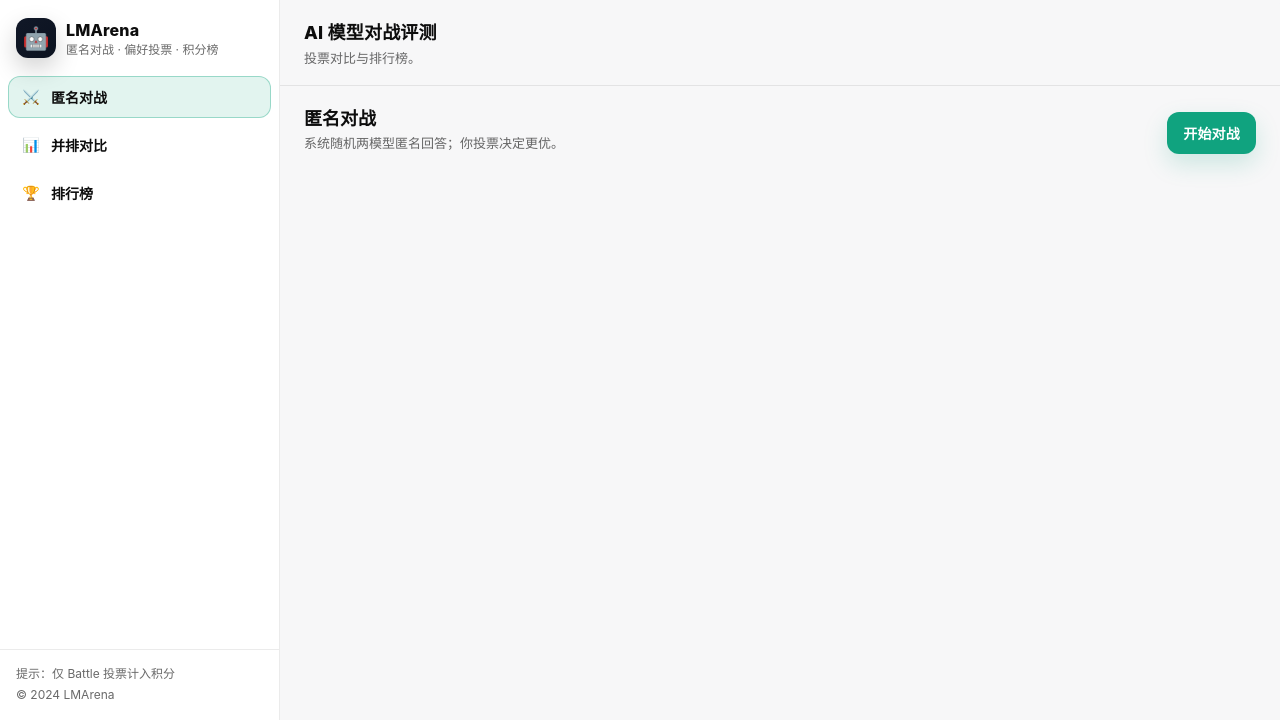
Repository: tabbycat7/EQ-of-The-LLMs
Page: templates/index.html
An editor plug-in stored every save of this project. The page is shown before and after the next save, followed by the edit.
The browser window is 1280 px wide. The pictures show the whole page.
The page's requests for data from a server got no answer.

Above is the page before, as saved 2025-12-18 16:27:41.

### templates/index.html
<!DOCTYPE html>
<html lang="zh-CN">

<head>
    <meta charset="UTF-8">
    <meta name="viewport" content="width=device-width, initial-scale=1.0">
    <title>LMArena - AI 模型对战评测平台</title>
    <link rel="stylesheet" href="/static/css/style.css">
</head>

<body>
    <div class="app-shell">
        <!-- ChatGPT 风格侧边栏 -->
        <aside class="sidebar">
            <div class="sidebar-header">
                <div class="brand">
                    <div class="brand-icon">🤖</div>
                    <div class="brand-text">
                        <div class="brand-title">LMArena</div>
                        <div class="brand-subtitle">匿名对战 · 偏好投票 · 积分榜</div>
                    </div>
                </div>
            </div>

            <nav class="sidebar-nav">
                <button class="mode-btn nav-btn active" data-mode="battle">
                    <span class="nav-icon">⚔️</span>
                    <span class="nav-label">匿名对战</span>
                </button>
                <button class="mode-btn nav-btn" data-mode="sidebyside">
                    <span class="nav-icon">📊</span>
                    <span class="nav-label">并排对比</span>
                </button>
                <button class="mode-btn nav-btn" data-mode="leaderboard">
                    <span class="nav-icon">🏆</span>
                    <span class="nav-label">排行榜</span>
                </button>
            </nav>

            <div class="sidebar-footer">
                <div class="sidebar-note">提示：仅 Battle 投票计入积分</div>
                <div class="sidebar-copy">© 2024 LMArena</div>
            </div>
        </aside>

        <!-- 主内容区 -->
        <main class="main">
            <header class="main-header">
                <div class="main-header-title">AI 模型对战评测</div>
                <div class="main-header-subtitle">投票对比与排行榜。</div>
            </header>

            <div class="main-content">
                <!-- 匿名对战模式 -->
                <section id="battle-mode" class="mode-content active">
                    <div class="mode-header">
                        <div class="mode-title">
                            <h2>匿名对战</h2>
                            <p>系统随机两模型匿名回答；你投票决定更优。</p>
                        </div>
                        <div id="battle-start">
                            <button id="start-battle-btn" class="primary-btn">开始对战</button>
                        </div>
                    </div>

                    <div id="battle-chat" class="chat-view" style="display: none;">
                        <div class="messages">
                            <div id="battle-user-msg" class="message user" style="display: none;"></div>
                        </div>

                        <div class="responses-grid">
                            <div class="response-box">
                                <div class="response-header">模型 A</div>
                                <div id="response-a" class="response-content">
                                    <div class="empty-state">等待回复...</div>
                                </div>
                            </div>
                            <div class="response-box">
                                <div class="response-header">模型 B</div>
                                <div id="response-b" class="response-content">
                                    <div class="empty-state">等待回复...</div>
                                </div>
                            </div>
                        </div>

                        <div id="voting-section" class="voting-section" style="display: none;">
                            <h3>选择更好的回答：</h3>
                            <div class="vote-buttons">
                                <button class="vote-btn battle-vote-btn" data-winner="model_a">模型 A 更好</button>
                                <button class="vote-btn battle-vote-btn" data-winner="tie">两者相当</button>
                                <button class="vote-btn battle-vote-btn" data-winner="model_b">模型 B 更好</button>
                            </div>
                        </div>

                        <div id="reveal-section" class="reveal-section" style="display: none;">
                            <div class="reveal-info">
                                <h3>模型揭晓</h3>
                                <div class="reveal-grid">
                                    <div class="reveal-item">
                                        <span class="reveal-label">模型 A</span>
                                        <span id="reveal-model-a" class="reveal-value"></span>
                                    </div>
                                    <div class="reveal-item">
                                        <span class="reveal-label">模型 B</span>
                                        <span id="reveal-model-b" class="reveal-value"></span>
                                    </div>
                                </div>
                                <button id="new-battle-btn" class="primary-btn ghost">开始新对战</button>
                            </div>
                        </div>

                        <div class="composer">
                            <div class="input-section">
                                <textarea id="battle-input" placeholder="输入你的问题..." rows="3"></textarea>
                                <button id="battle-send-btn" class="send-btn" title="发送">
                                    <svg viewBox="0 0 24 24" xmlns="http://www.w3.org/2000/svg" aria-hidden="true">
                                        <path d="M2.01 21L23 12 2.01 3 2 10l15 2-15 2z" />
                                    </svg>
                                    <span>发送</span>
                                </button>
                            </div>
                            <div class="composer-hint">Enter 发送 · Shift+Enter 换行</div>
                        </div>
                    </div>
                </section>

                <!-- 并排对比模式 -->
                <section id="sidebyside-mode" class="mode-content">
                    <div class="mode-header">
                        <div class="mode-title">
                            <h2>并排对比</h2>
                            <p>选择两个模型并排作答。此模式投票仅收集偏好，不计入排行榜积分。</p>
                        </div>
                    </div>

                    <div class="chat-view">
                        <div class="model-selection">
                            <div class="model-select-group">
                                <label>模型 A</label>
                                <select id="sidebyside-model-a" class="model-select"></select>
                            </div>
                            <div class="model-select-group">
                                <label>模型 B</label>
                                <select id="sidebyside-model-b" class="model-select"></select>
                            </div>
                        </div>

                        <div class="messages">
                            <div id="sidebyside-user-msg" class="message user" style="display: none;"></div>
                        </div>

                        <div class="responses-grid">
                            <div class="response-box">
                                <div class="response-header" id="sidebyside-header-a">模型 A</div>
                                <div id="sidebyside-response-a" class="response-content">
                                    <div class="empty-state">等待回复...</div>
                                </div>
                            </div>
                            <div class="response-box">
                                <div class="response-header" id="sidebyside-header-b">模型 B</div>
                                <div id="sidebyside-response-b" class="response-content">
                                    <div class="empty-state">等待回复...</div>
                                </div>
                            </div>
                        </div>

                        <div id="sidebyside-voting" class="voting-section" style="display: none;">
                            <h3>选择更好的回答：</h3>
                            <div class="vote-buttons">
                                <button class="vote-btn sidebyside-vote-btn" data-winner="model_a">模型 A 更好</button>
                                <button class="vote-btn sidebyside-vote-btn" data-winner="tie">两者相当</button>
                                <button class="vote-btn sidebyside-vote-btn" data-winner="model_b">模型 B 更好</button>
                            </div>
                        </div>

                        <div class="composer">
                            <div class="input-section">
                                <textarea id="sidebyside-input" placeholder="输入你的问题..." rows="3"></textarea>
                                <button id="sidebyside-send-btn" class="send-btn" title="发送">
                                    <svg viewBox="0 0 24 24" xmlns="http://www.w3.org/2000/svg" aria-hidden="true">
                                        <path d="M2.01 21L23 12 2.01 3 2 10l15 2-15 2z" />
                                    </svg>
                                    <span>发送</span>
                                </button>
                            </div>
                            <div class="composer-hint">Enter 发送 · Shift+Enter 换行</div>
                        </div>

                        <div class="new-round" id="sidebyside-new-round" style="display: none;">
                            <button id="sidebyside-new-round-btn" class="secondary-btn ghost">开启新一轮对话</button>
                        </div>
                    </div>
                </section>

                <!-- 排行榜模式 -->
                <section id="leaderboard-mode" class="mode-content">
                    <div class="mode-header">
                        <div class="mode-title">
                            <h2>排行榜</h2>
                            <p>仅基于匿名对战（Battle）投票累计积分，实时更新。</p>
                        </div>
                        <button id="refresh-leaderboard-btn" class="secondary-btn">刷新</button>
                    </div>
                    <div id="leaderboard-content" class="leaderboard-table">
                        <div class="loading">加载中...</div>
                    </div>
                </section>
            </div>
        </main>
    </div>

    <div id="toast" class="toast" aria-live="polite" aria-atomic="true"></div>

    <script src="/static/js/app.js"></script>
</body>

</html>

Loaded but not shown: static/js/app.js (931 lines, source omitted); static/css/style.css (1392 lines, source omitted)

After the next save:
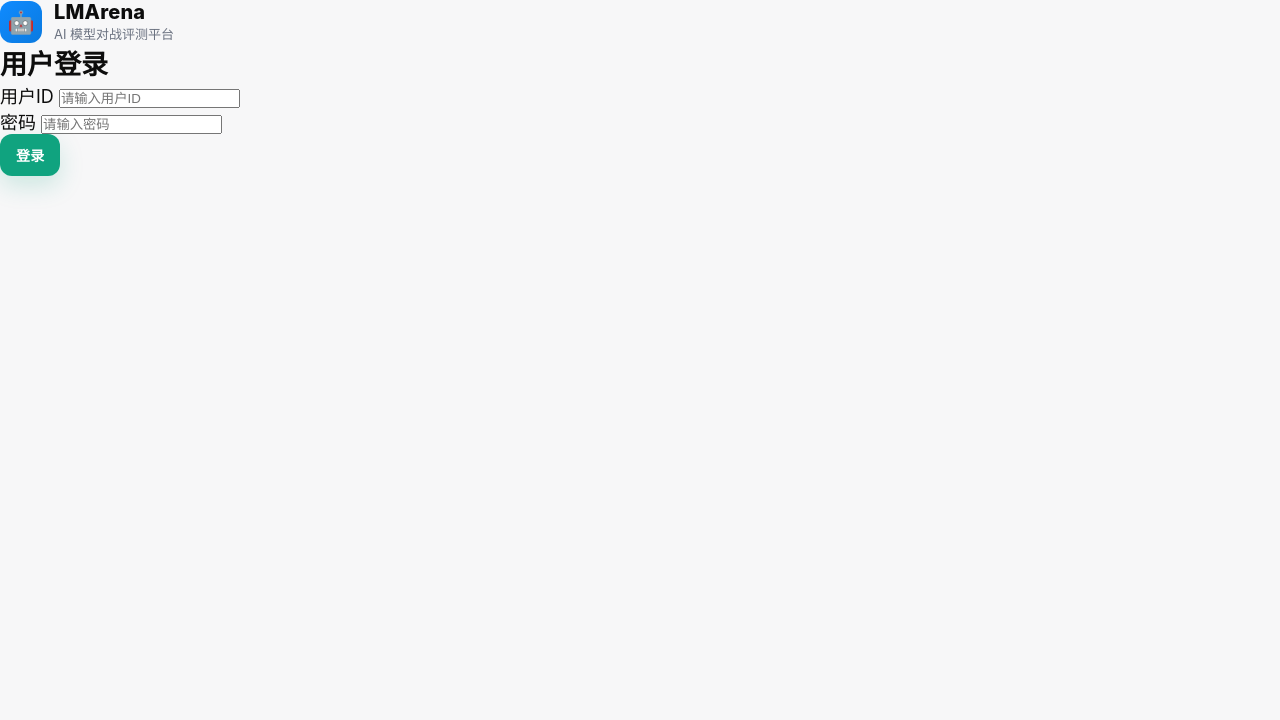
Saved 49 min 17 s later.
--- a/templates/index.html
+++ b/templates/index.html
@@ -9,7 +9,38 @@
 </head>
 
 <body>
-    <div class="app-shell">
+    <!-- 登录界面 -->
+    <div id="login-modal" class="login-modal" style="display: flex;">
+        <div class="login-container">
+            <div class="login-header">
+                <div class="brand">
+                    <div class="brand-icon">🤖</div>
+                    <div class="brand-text">
+                        <div class="brand-title">LMArena</div>
+                        <div class="brand-subtitle">AI 模型对战评测平台</div>
+                    </div>
+                </div>
+            </div>
+            <div class="login-form">
+                <h2>用户登录</h2>
+                <form id="login-form">
+                    <div class="form-group">
+                        <label for="login-user-id">用户ID</label>
+                        <input type="text" id="login-user-id" placeholder="请输入用户ID" required autocomplete="username">
+                    </div>
+                    <div class="form-group">
+                        <label for="login-password">密码</label>
+                        <input type="password" id="login-password" placeholder="请输入密码" required
+                            autocomplete="current-password">
+                    </div>
+                    <div id="login-error" class="error-message" style="display: none;"></div>
+                    <button type="submit" class="primary-btn" id="login-submit-btn">登录</button>
+                </form>
+            </div>
+        </div>
+    </div>
+
+    <div class="app-shell" id="app-shell" style="display: none;">
         <!-- ChatGPT 风格侧边栏 -->
         <aside class="sidebar">
             <div class="sidebar-header">
@@ -27,11 +58,11 @@
                     <span class="nav-icon">⚔️</span>
                     <span class="nav-label">匿名对战</span>
                 </button>
-                <button class="mode-btn nav-btn" data-mode="sidebyside">
+                <button class="mode-btn nav-btn" data-mode="sidebyside" style="display: none;">
                     <span class="nav-icon">📊</span>
                     <span class="nav-label">并排对比</span>
                 </button>
-                <button class="mode-btn nav-btn" data-mode="leaderboard">
+                <button class="mode-btn nav-btn" data-mode="leaderboard" style="display: none;">
                     <span class="nav-icon">🏆</span>
                     <span class="nav-label">排行榜</span>
                 </button>
@@ -39,6 +70,10 @@
 
             <div class="sidebar-footer">
                 <div class="sidebar-note">提示：仅 Battle 投票计入积分</div>
+                <button id="logout-btn" class="logout-btn" title="退出登录">
+                    <span class="logout-icon">🚪</span>
+                    <span class="logout-label">退出登录</span>
+                </button>
                 <div class="sidebar-copy">© 2024 LMArena</div>
             </div>
         </aside>
@@ -64,24 +99,8 @@
                     </div>
 
                     <div id="battle-chat" class="chat-view" style="display: none;">
-                        <div class="messages">
-                            <div id="battle-user-msg" class="message user" style="display: none;"></div>
-                        </div>
-
-                        <div class="responses-grid">
-                            <div class="response-box">
-                                <div class="response-header">模型 A</div>
-                                <div id="response-a" class="response-content">
-                                    <div class="empty-state">等待回复...</div>
-                                </div>
-                            </div>
-                            <div class="response-box">
-                                <div class="response-header">模型 B</div>
-                                <div id="response-b" class="response-content">
-                                    <div class="empty-state">等待回复...</div>
-                                </div>
-                            </div>
-                        </div>
+                        <!-- 多轮对话容器：每轮包含「用户问题 + 模型 A / 模型 B 回答」 -->
+                        <div id="battle-responses" class="responses-list"></div>
 
                         <div id="voting-section" class="voting-section" style="display: none;">
                             <h3>选择更好的回答：</h3>
@@ -89,23 +108,14 @@
                                 <button class="vote-btn battle-vote-btn" data-winner="model_a">模型 A 更好</button>
                                 <button class="vote-btn battle-vote-btn" data-winner="tie">两者相当</button>
                                 <button class="vote-btn battle-vote-btn" data-winner="model_b">模型 B 更好</button>
+                                <button class="vote-btn battle-vote-btn" data-winner="both_bad">两个都不好</button>
                             </div>
                         </div>
 
                         <div id="reveal-section" class="reveal-section" style="display: none;">
                             <div class="reveal-info">
-                                <h3>模型揭晓</h3>
-                                <div class="reveal-grid">
-                                    <div class="reveal-item">
-                                        <span class="reveal-label">模型 A</span>
-                                        <span id="reveal-model-a" class="reveal-value"></span>
-                                    </div>
-                                    <div class="reveal-item">
-                                        <span class="reveal-label">模型 B</span>
-                                        <span id="reveal-model-b" class="reveal-value"></span>
-                                    </div>
-                                </div>
                                 <button id="new-battle-btn" class="primary-btn ghost">开始新对战</button>
+                                <button id="continue-battle-btn" class="secondary-btn ghost">继续使用当前模型进行对战</button>
                             </div>
                         </div>
 
@@ -125,7 +135,7 @@
                 </section>
 
                 <!-- 并排对比模式 -->
-                <section id="sidebyside-mode" class="mode-content">
+                <section id="sidebyside-mode" class="mode-content" style="display: none;">
                     <div class="mode-header">
                         <div class="mode-title">
                             <h2>并排对比</h2>
@@ -168,7 +178,7 @@
                             <h3>选择更好的回答：</h3>
                             <div class="vote-buttons">
                                 <button class="vote-btn sidebyside-vote-btn" data-winner="model_a">模型 A 更好</button>
-                                <button class="vote-btn sidebyside-vote-btn" data-winner="tie">两者相当</button>
+                                <button class="vote-btn sidebyside-vote-btn" data-winner="tie">两者都好</button>
                                 <button class="vote-btn sidebyside-vote-btn" data-winner="model_b">模型 B 更好</button>
                             </div>
                         </div>
@@ -193,7 +203,7 @@
                 </section>
 
                 <!-- 排行榜模式 -->
-                <section id="leaderboard-mode" class="mode-content">
+                <section id="leaderboard-mode" class="mode-content" style="display: none;">
                     <div class="mode-header">
                         <div class="mode-title">
                             <h2>排行榜</h2>
